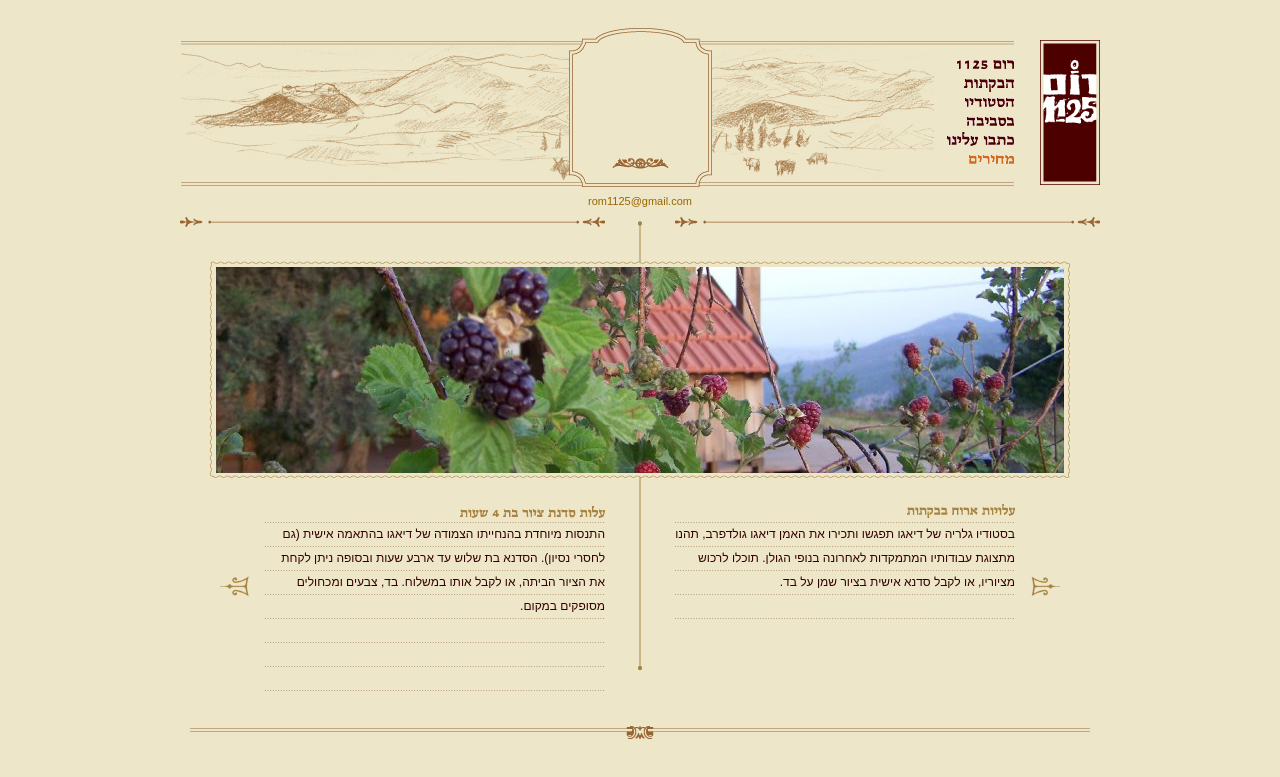
Repository: asafg/rom1125
Page: rom1125/WebContent/prices.html
The author's editor kept a copy of each file at every save. The page is drawn from the files as they stood at one save, then again after the next save.
The browser window is 1280 px wide. The pictures show the whole page.

Above is the page before, as saved 2010-05-22 19:01:30.

After the next save:
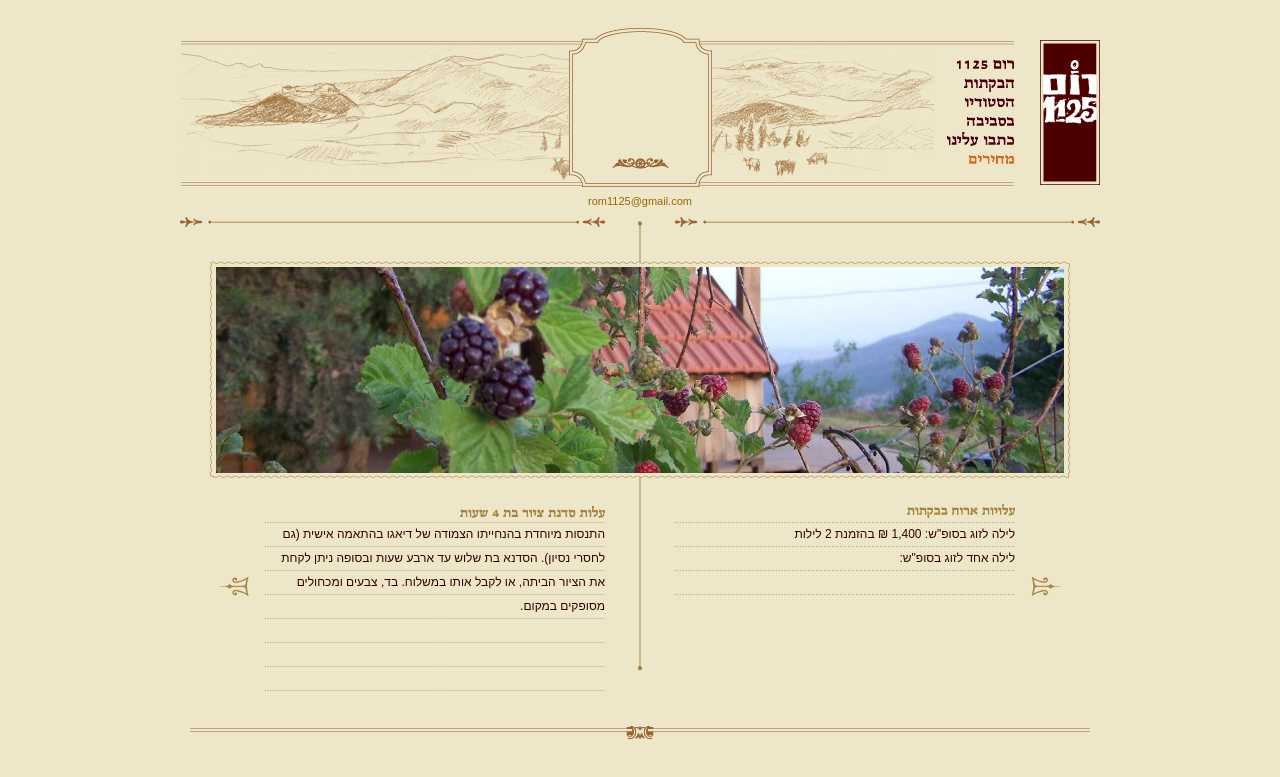
Saved 88 s later.
--- a/rom1125/WebContent/prices.html
+++ b/rom1125/WebContent/prices.html
@@ -52,9 +52,8 @@
 <div id="right_page_text">
 <img src="images/prices_title1.png"/><br/>
 <div class="page_text">
-בסטודיו גלריה של דיאגו תפגשו ותכירו את האמן דיאגו גולדפרב,
-תהנו מתצוגת עבודותיו המתמקדות לאחרונה בנופי הגולן.
-תוכלו לרכוש מציוריו, או לקבל סדנא אישית בציור שמן על בד.
+לילה לזוג בסופ"ש: 1,400 ₪ בהזמנת 2 לילות<br/>
+ לילה אחד לזוג בסופ"ש:
 <br/>
 <br/>
 <br/>
